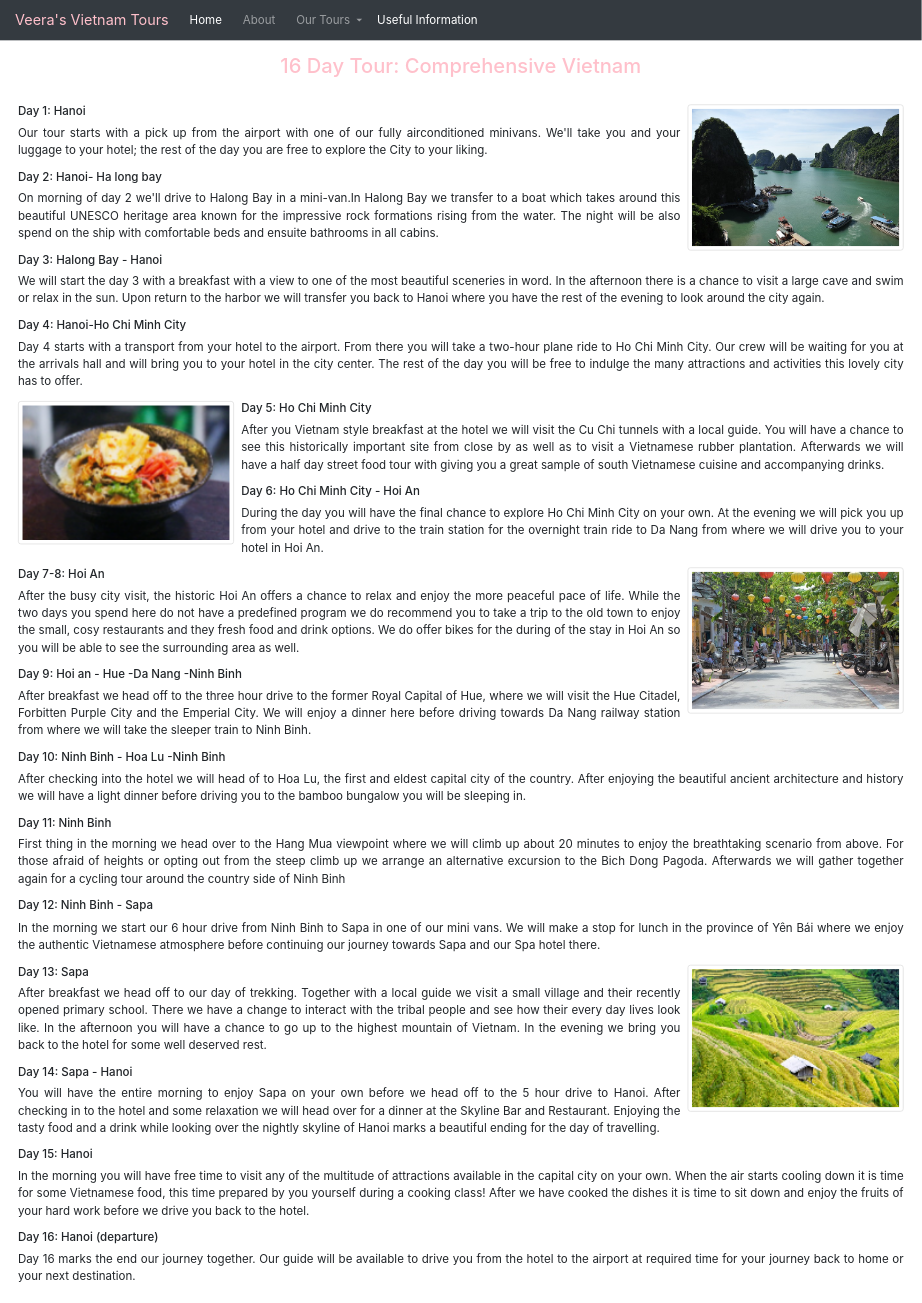
Repository: VAhola/VietnamTour
Page: 16d.html
The author's editor kept a record of every edit. The page is drawn from the files as they stood at one moment, then again after the next edit.
The browser window is 1280 px wide. The pictures show the whole page, at 72% of full size.

Above is the page before.

After the next edit:
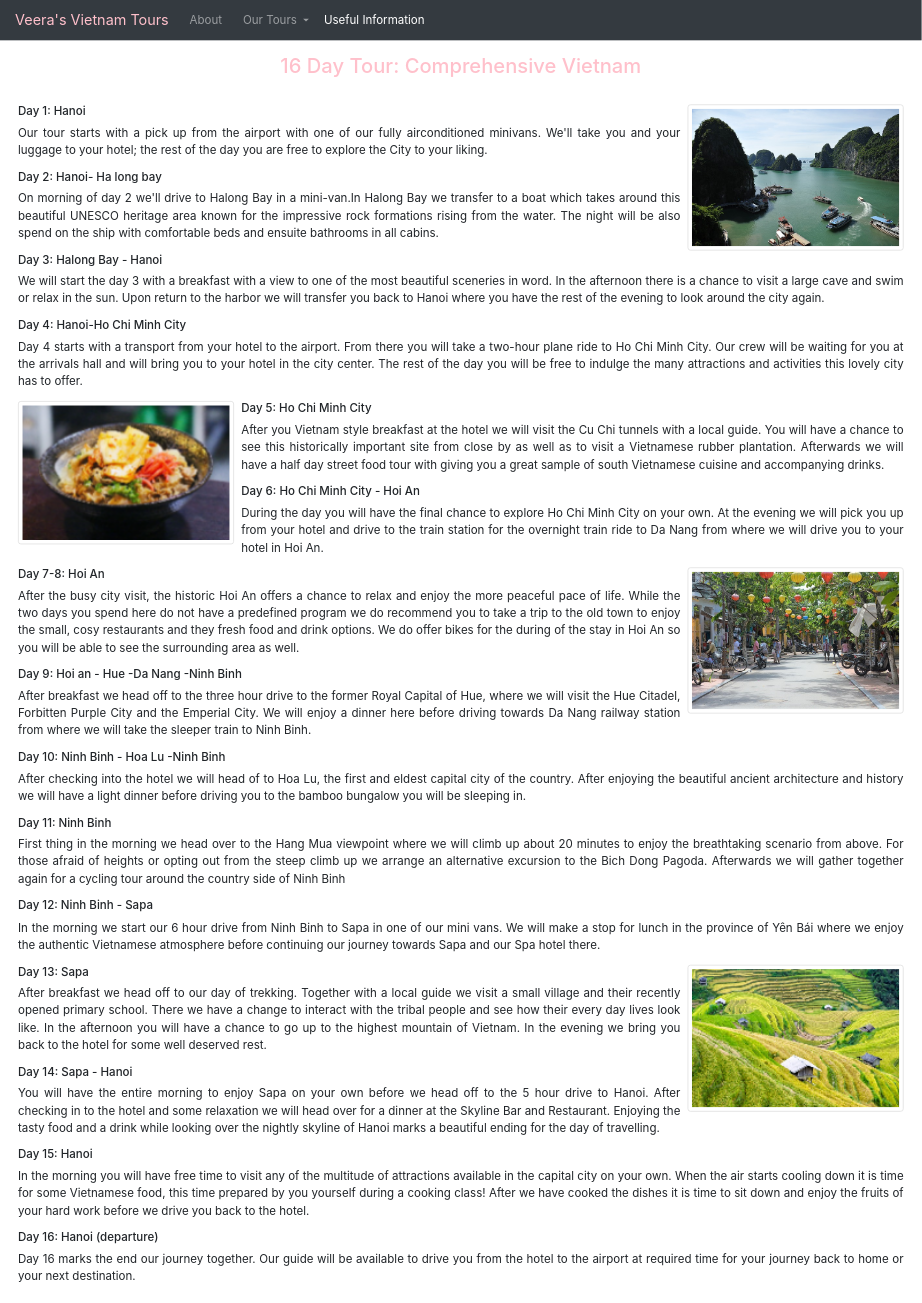
The edit:
--- a/16d.html
+++ b/16d.html
@@ -22,7 +22,6 @@
 
       <div class="collapse navbar-collapse" id="navbarNavDropdown">
             <ul class="navbar-nav mr-auto">
-                <li class="active nav-item mr-2"><a class="nav-link" href="index.html">Home</a></li>
                 <li class="nav-item mr-2"><a class="nav-link" href="about.html">About</a></li>
                 <li class="nav-item dropdown">
                     <a class="nav-link dropdown-toggle" href="#" id="navbarDropdownMenuLink" role="button" data-toggle="dropdown" aria-haspopup="true" aria-expanded="false">
